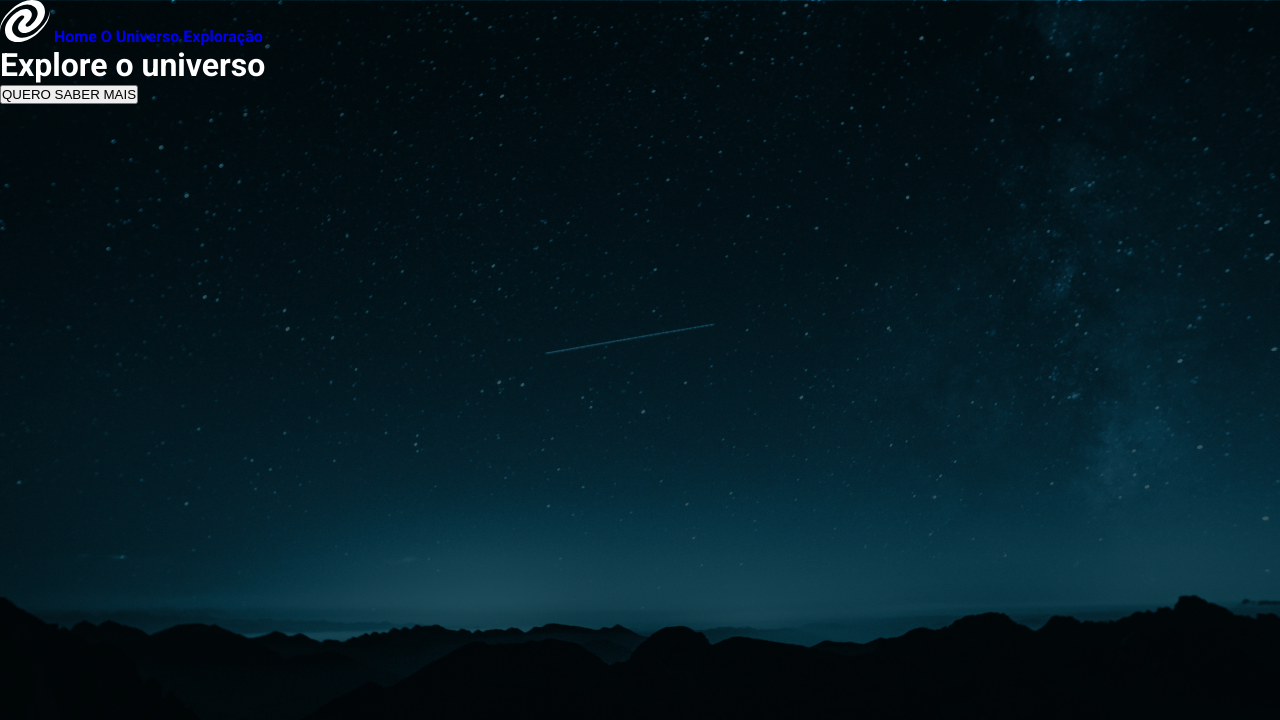
Repository: eltonneiferson/spaUniverse
Page: index.html
These files come from the project's save history. The page is drawn as it stood at one moment and after a run of saves; the edit follows.
The browser window is 1280 px wide. The pictures show the whole page.

Above is the page before, as saved 2022-10-26 22:05:18.

### index.html
<!DOCTYPE html>
<html lang="pt-br">

<head>
    <meta charset="UTF-8" />
    <meta http-equiv="X-UA-Compatible" content="IE=edge" />
    <meta name="viewport" content="width=device-width, initial-scale=1.0" />
    <meta name="author" content="Elton Neiferson" />
    <title>Universe</title>

    <link rel="stylesheet" href="stylle.css">
    <link rel="preconnect" href="https://fonts.googleapis.com">
    <link rel="preconnect" href="https://fonts.gstatic.com" crossorigin>
    <link href="https://fonts.googleapis.com/css2?family=Roboto:wght@700&display=swap" rel="stylesheet">
</head>

<body>
    <nav>
        <svg width="50" height="42" viewBox="0 0 50 42" fill="none" xmlns="http://www.w3.org/2000/svg">
            <path d="M31.5423 0.00979035C26.1727 0.174742 19.3604 2.47181 12.1375 8.73785C-2.6197 21.4919 0.219149 31.6427 0.219149 31.6427C0.219149 31.6427 -1.31407 22.7633 12.6765 10.655C19.9593 4.35869 28.9789 2.29019 34.5368 6.97206C39.5198 11.1696 38.7771 18.2731 30.3445 25.5381C27.0864 28.1212 23.6007 25.8307 27.0504 22.7633C27.4347 22.4396 27.7717 22.1194 28.0686 21.8047C31.2762 18.6232 33.7461 13.7222 29.9252 10.5036C25.3256 6.46755 17.5038 11.1696 14.054 14.237C3.12987 23.7622 2.8903 33.9231 9.02317 39.4122C13.2395 42.964 24.7506 44.3867 37.5913 33.4085C52.3485 20.6544 49.5097 10.5036 49.5097 10.5036C49.5097 10.5036 51.0429 19.3831 37.0523 31.4914C29.7695 37.7877 20.7499 39.9066 15.192 35.2248C10.209 31.0272 10.9517 23.9237 19.3844 16.6587C22.8341 13.9142 26.3078 16.1643 22.858 19.2317C22.4738 19.5554 22.1368 19.8756 21.8399 20.1903C18.6323 23.3718 16.1624 28.2728 19.9833 31.4914C24.5829 35.5275 32.2131 30.664 35.8545 27.758C46.9703 18.2328 47.0182 8.0719 40.8853 2.5828C39.0407 1.02891 35.7186 -0.118506 31.5423 0.00979035Z" fill="white" />
        </svg>
        <a href="/">Home</a>
        <a href="/universe.html">O Universo</a>
        <a href="/exploration.html">Exploração</a>
    </nav>
    <main>
        <h1>Explore o universo</h1>
        <button>QUERO SABER MAIS</button>
    </main>
</body>

</html>

### stylle.css
* {
    margin: 0;
    padding: 0;
    box-sizing: border-box;
    text-decoration: none;
}

:root {
    --font-color: white;
    --default-font: 'Roboto', sans-serif;
}

body {
    min-height: 100vh;
    background-image: url(bkg1.png);
    background-position: bottom;
    background-size: cover;
    color: var(--font-color);
    font-family: var(--default-font);
}

nav

After the next 3 saves:
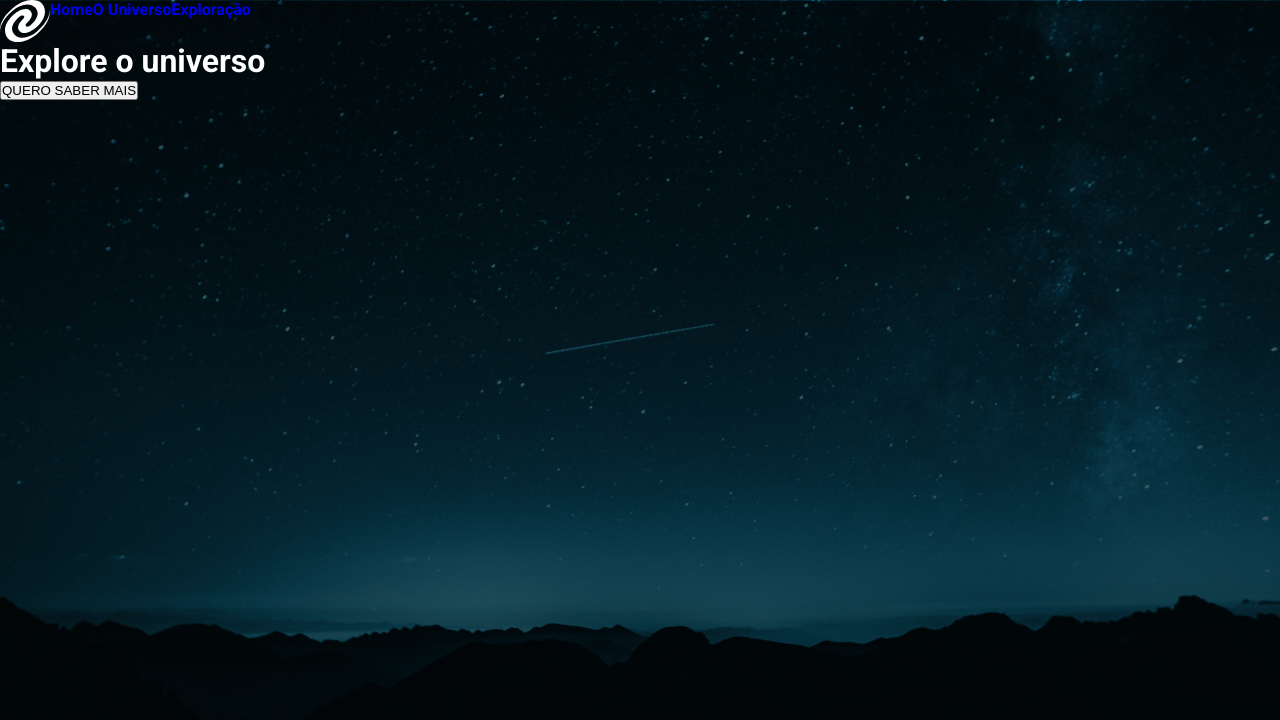
The 3 saves are shown as one change because they came seconds apart.
The last was saved 7 s later.
--- a/stylle.css
+++ b/stylle.css
@@ -19,4 +19,7 @@ body {
     font-family: var(--default-font);
 }
 
-nav
+nav {
+    display: flex;
+
+}
